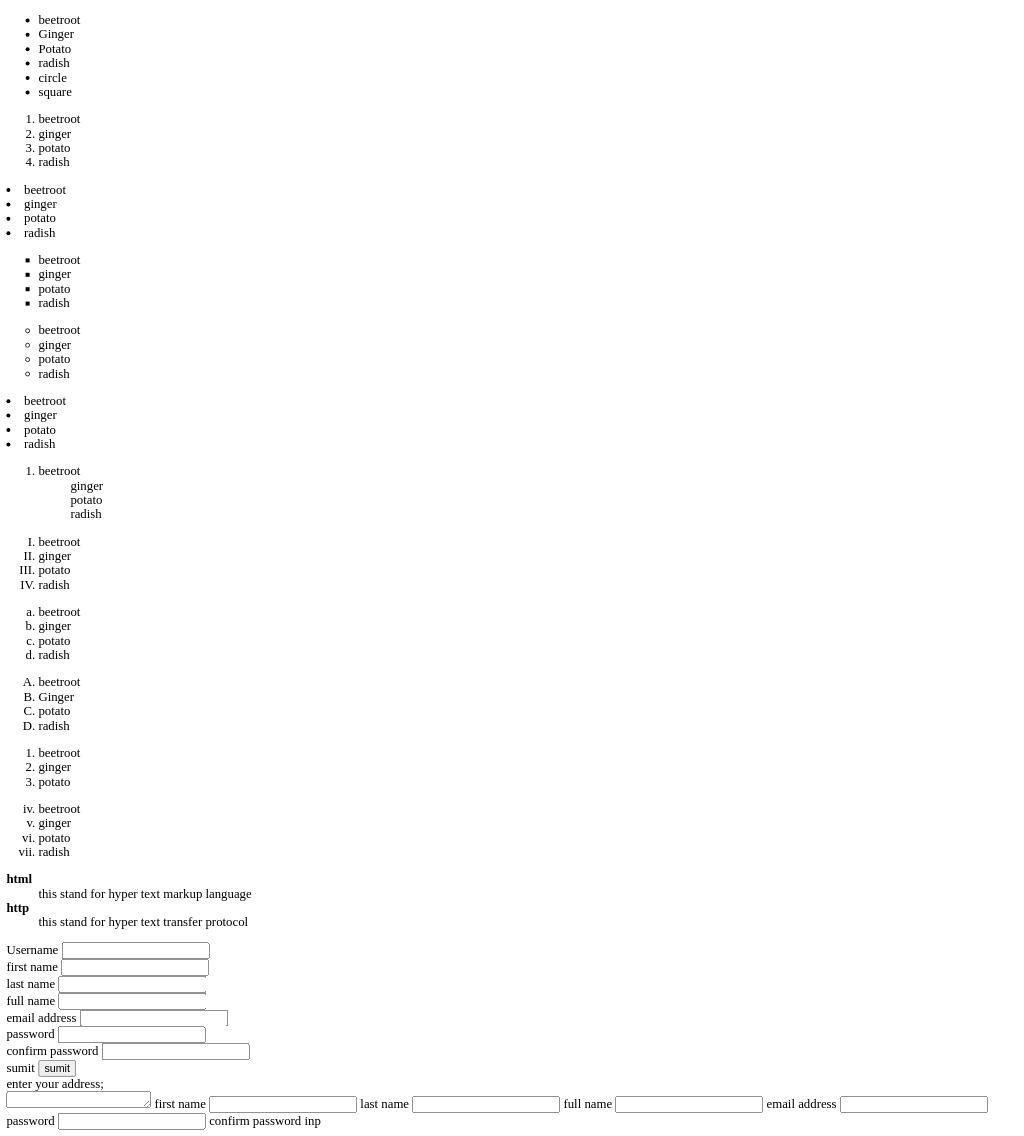
Repository: Achuut/first-code-lessons
Page: Achut.HTML
These files come from the project's save history. The page is drawn as it stood at one moment and after the next save; the edit follows.
The browser window is 1280 px wide. The pictures show the whole page, at 80% of full size.

Above is the page before, as saved 2023-03-08 11:47:21.

After the next save:
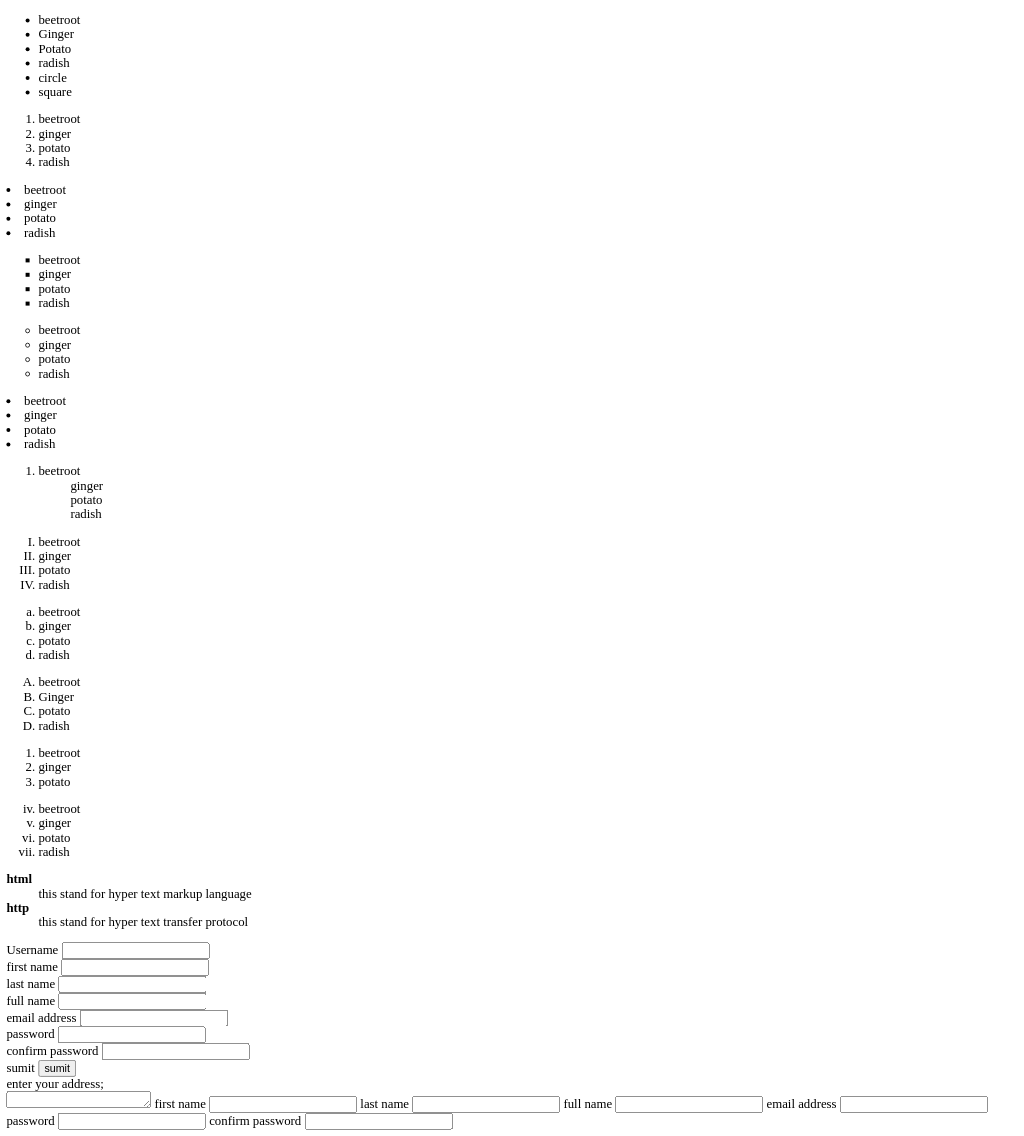
Saved 4 s later.
--- a/Achut.HTML
+++ b/Achut.HTML
@@ -105,6 +105,6 @@
       full name <input type="text" name="fullname">
       email address <input type="text" name="email">
       password <input type="text" name="password">
-      confirm password inp
+      confirm password <input type="text">
       </form>
 </body>
